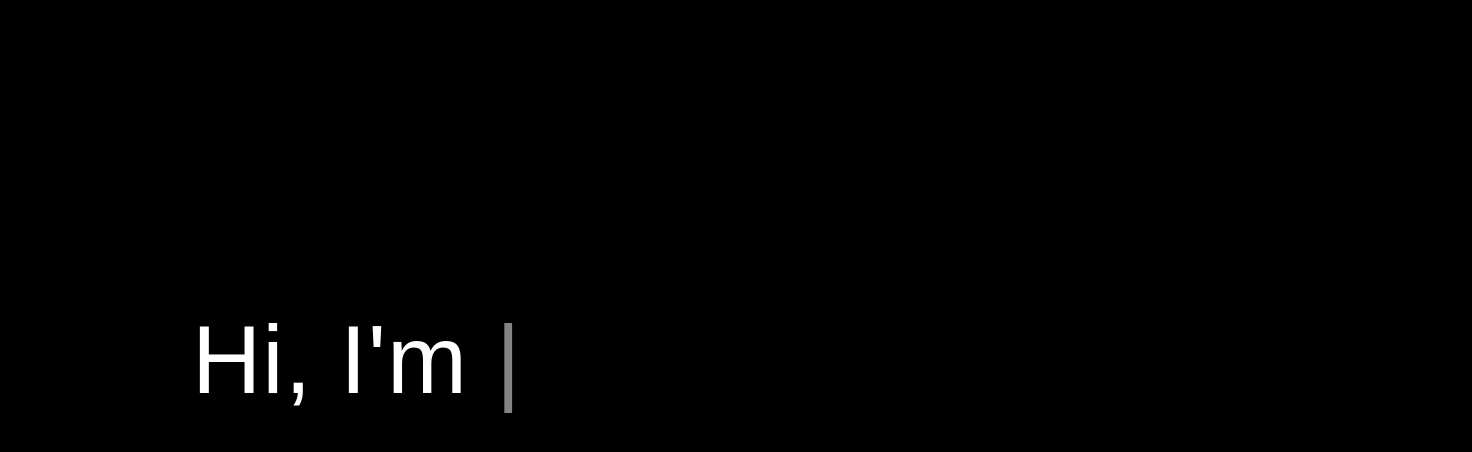
Repository: DevMike1993/Animations_HTML_CSS_JAVASCRIPT
Page: 03_Typing_Text_Animation_2/index.html
The author's editor kept a copy of each file at every save. The page is drawn from the files as they stood at one save, then again after a run of saves.
The browser window is 1280 px wide. The page is 1472 px wide, so the pictures cover 1472 px, including what lies to the right of the window. The pictures show the whole page.
Some web libraries are served in a nearby version.

Above is the page before, as saved 2023-12-06 23:13:27.

After the next 7 saves:
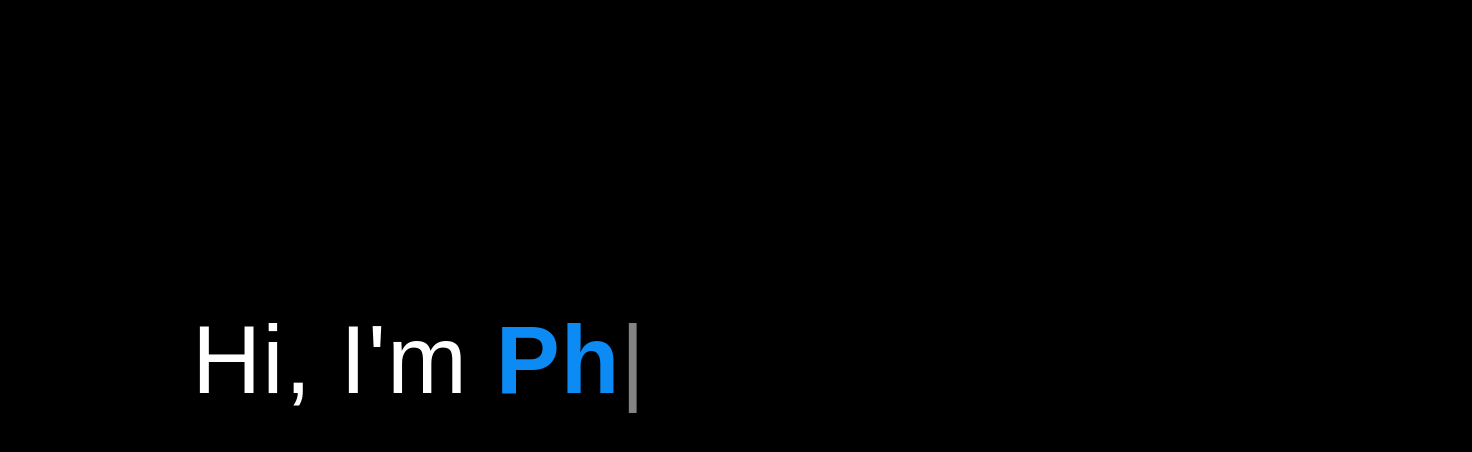
The 7 saves are shown as one change because they came seconds apart.
The last was saved 18 s later.
--- a/03_Typing_Text_Animation_2/index.html
+++ b/03_Typing_Text_Animation_2/index.html
@@ -14,7 +14,7 @@
     <script src="https://unpkg.com/typed.js@2.1.0/dist/typed.umd.js"></script>
     <script>
         var typingEffect = new Typed(".multiText",{
-            strings : ["Coder", ""]
+            strings : ["Coder", "Blogger", "Ph"]
         })
 
     </script>
